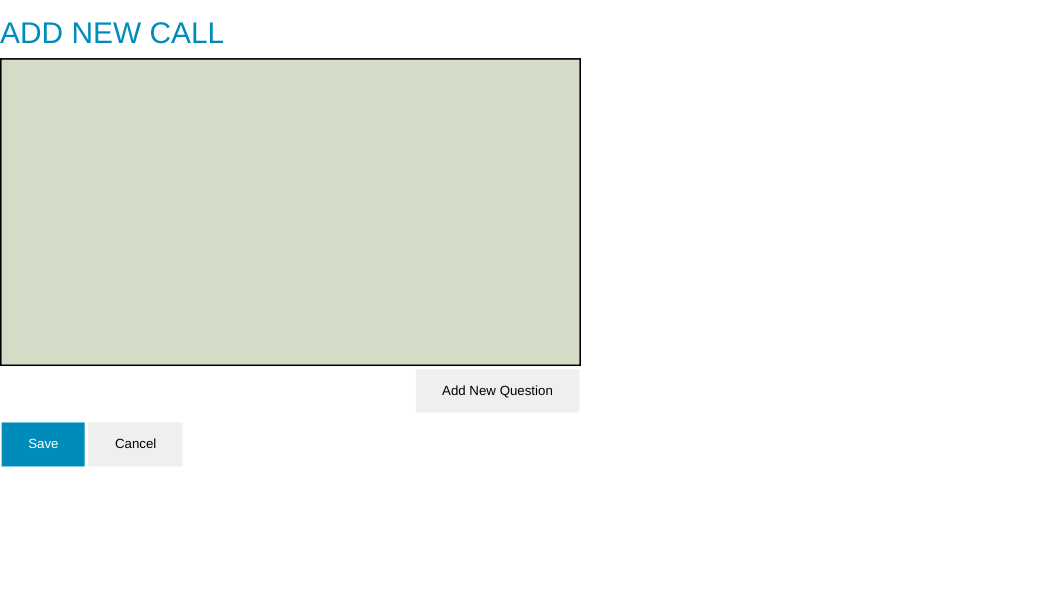
Repository: useforprashant/assignment
Page: http://localhost/springProject/home
The author's editor kept a copy of each file at every save. The page is drawn from the files as they stood at one save, then again after the next save.
The browser window is 1280 px wide. The pictures show the whole page, at 83% of full size.
Some web libraries are served in a nearby version. The page is served by Tomcat 9. Other server files are loaded and not shown.

Above is the page before, as saved 2017-08-17 07:36:52.

### AugustDemo/springProject/src/main/webapp/WEB-INF/pages/home.jsp
<%@ page language="java" contentType="text/html; charset=ISO-8859-1"
    pageEncoding="ISO-8859-1"%>
<!DOCTYPE html PUBLIC "-//W3C//DTD HTML 4.01 Transitional//EN" "http://www.w3.org/TR/html4/loose.dtd">
<html>
<head>
<meta http-equiv="Content-Type" content="text/html; charset=ISO-8859-1">
<title>Assignment</title>

<script src="http://code.jquery.com/jquery-1.11.0.min.js"></script>
 <link rel="stylesheet" href="https://maxcdn.bootstrapcdn.com/bootstrap/3.3.7/css/bootstrap.min.css">
  <script src="https://ajax.googleapis.com/ajax/libs/jquery/3.2.1/jquery.min.js"></script>
  <script src="https://maxcdn.bootstrapcdn.com/bootstrap/3.3.7/js/bootstrap.min.js"></script>
<script>

var count =1;

$(document).ready(function() {

	$('#showTree').hide();
	$('#treeView').hide();

	  $('.button_add_new_ques').click(function() {
		  $('#inner-rightTree').empty();
		  $('#treeView').empty();
		  $('#treeView').hide();
		  idd=count;
	    $('#inner-right').append($('<div class="inner_d" id="inner_div_'+count+'"></div>')).append(('<input type="text" style="padding-top: 10px;	border-radius: 10px; margin-bottom: 5px;" size="50" value="" class"assn" name="q_'+idd+'" id="q_'+idd+'">'),$('<select onchange="cq(this.value,this.id)" type="select"  id="dd_'+idd+'">').append('<option value="">'+'Select Choice</option>', '<option value="1">'+'Single Choice</option>','<option value="2">'+'Multiple Choice</option>' ,'<option value="3">'+'Multi-Line Text</option>'));
	    count++;
	    return false;
	  });

	  $(document).on('click', '.person', function() {
	    $(this).children('p').toggle('slow');
	  });

	   $('#save').click(function(){
		   var datastring = $("#myFm").serialize();
		/*    var idNdVal = datastring.split("&");
		  var sl = idNdVal.length;
		  jsonObj = [];
		  for(i=0;i<sl;i++){
			  var idvl= idNdVal[i].split("=");

			  var id = idvl[0];
		        var val1 = idvl[1];
			      item = {}
		        item ["id"] = id;
		        item ["value"] = val1;

		        jsonObj.push(item);

		  } */
	     $.ajax({
               type: "POST",
               url: "saveValue",
               data: {
            	   datastring : datastring
               },

               success: function(data) {
                    alert(data);
                    if(data == "data inserted successfully"){
               	     $('#inner-right').empty();
               	  $('#showTree').show();
               		  }
               }
           });

	  });

	  $('#showTree').click(function(){
		  $('#treeView').show();
		  $('#inner-rightTree').empty();
		  $('#treeView').show();
		  $.ajax({
              type: "GET",
              url: "getValues",

              success: function(data) {
            	var totalObject = data.split('N');
            	var lngth = parseInt(totalObject.length)-1;
            	countout=0;
            	countin = 0;
                  for(i=0; i<lngth;i++){
                	  var obj = totalObject[i];
                	  var values = obj.split('and');
                	  var idSplit = values[0].split('_');
                	  var clsID = values[0].split(':');
                	  var ids = values[0].split(':');

                	  if(idSplit.length == 2){
                		  countout++;
                		 var val1 = values[1].split(':');
                		  $('#inner-rightTree').append('<ul id="ul_'+countout+'"> <button type="button" id="cul_'+countout+'" class="minus btn btn-info" data-toggle="collapse" data-target=".ul_'+countout+'">-</button><button type="button" id="eul_'+countout+'" class="btn btn-info plus" data-toggle="collapse" data-target=".ul_'+countout+'">+</button><span class="tab">'+val1[1]+'</span></ul>');
                	  }
                	  else{
                		  var type = values[2].split(':');
                		  var x = type[1];
                		  var cls = "u_"+idSplit[1];
                		  if(x == 1){
                			 ct = countout;
                			 countout++;
                			  var val1 = values[1].split(':');
                			$("#ul_"+ct).append('<ul class="ul_'+ct+'" id="ul_'+countout+'"><button type="button" id="cul_'+countout+'" class="btn btn-info minus" data-toggle="collapse" data-target=".ul_'+countout+'">-</button><button type="button" id="eul_'+countout+'" class="btn btn-info plus" data-toggle="collapse" data-target=".ul_'+countout+'">+</button> <span class="tab">'+val1[1]+'</span></ul>');

                		  }
                		  else{
                		  var val1 = values[1].split(':');
                		  $("#ul_"+countout).append('<li class="ul_'+countout+'"><span class="tab">'+val1[1]+'</span></li>');

                		  }
                		  }
                	  $('.plus').hide();
                	  $('.plus').each(function(){
                		  var bId = $(this).attr('id');
                		  $('#'+bId).click();
                	  });


                	  $('.btn').click(function(){
             			var bId = $(this).attr('id');
                		var typ = bId.charAt(0);
                		if(typ == 'c'){
                			$('#'+bId).hide();
                			var newId = bId.replace('c','e');
                			$('#'+newId).show();
                		}

                		if(typ == 'e'){
                			$('#'+bId).hide();
                			var newId = bId.replace('e','c');
                			$('#'+newId).show();
                		}
             		  });
                  }

              }
          });

	  });

	   /*  $("form").submit(function() {
	    	alert('save');
		   var urlVal = document.forms["myFm"].submit();
			alert(urlVal);
		  return false;
	    });
 */

 $('#cancel').click(function(){
	 if (confirm("Are you sure for cancel this survey without save?"))
		{
		 $('#inner-right').empty();
		}

 });

});

function sq(val,id){
	var idd1 = id.split('_');
	var idd2 = idd1[1];
	var idd = id.substring(3);
	/*  $('#inner_div_'+idd2+'').append($('<div class="inner_d" id="inner_div_'+count+'"></div>')).append(('<input type="text" style="padding-top: 10px;	border-radius: 10px; margin-bottom: 5px;" size="50" value="" name="q_'+idd+'" id="q_'+idd+'">'),$('<select onchange="cq(this.value,this.id)" type="select"  id="dd_'+idd+'">').append( '<option value="1">'+'Single Choice</option>','<option value="2">'+'Multiple Choice</option>' ,'<option value="3">'+'Multi-Line Text</option>')); */
	 $('#'+id).after(('<input type="text" style="padding-top: 10px;	border-radius: 10px; margin-bottom: 5px; margin-left: 5px;" size="50" value="" class"assn" name="q_'+idd+'" id="q_'+idd+'_1">'),$('<select onchange="cq(this.value,this.id)" type="select"  id="dd_'+idd+'">').append( '<option value="">'+'Select Choice</option>','<option value="1">'+'Single Choice</option>','<option value="2">'+'Multiple Choice</option>' ,'<option value="3">'+'Multi-Line Text</option>'));

	    return false;

}

function cq(val,id){

	var idd = id.substring(3);

	if(val==1){
		$('#'+id).after(('<input type="text" style="padding-top: 10px;	border-radius: 10px; margin-bottom: 5px; margin-left: 5px;" size="50" value="" class="assn" name="a_'+idd+'_1" id="a_'+idd+'_1">'),$('<button onclick="sq(this.value,this.id)" type="button" class="button_add_sub_ques"  id="sq_'+idd+'_1">Add Sub Question</button>'));
}
	if(val==2){
		$('#'+id).after('<input type="text" style="padding-top: 10px;	border-radius: 10px; margin-bottom: 5px; margin-left: 5px;" size="50" value="" class="assn" name="a_'+idd+'_5" id="a_'+idd+'_5">');
		$('#'+id).after('<input type="text" style="padding-top: 10px;	border-radius: 10px; margin-bottom: 5px; margin-left: 5px;" size="50" value="" class="assn" name="a_'+idd+'_4" id="a_'+idd+'_4">');
		$('#'+id).after('<input type="text" style="padding-top: 10px;	border-radius: 10px; margin-bottom: 5px; margin-left: 5px;" size="50" value="" class="assn" name="a_'+idd+'_3" id="a_'+idd+'_3">');
		$('#'+id).after('<input type="text" style="padding-top: 10px;	border-radius: 10px; margin-bottom: 5px; margin-left: 5px;" size="50" value="" class="assn" name="a_'+idd+'_2" id="a_'+idd+'_2">');
		$('#'+id).after('<input type="text" style="padding-top: 10px;	border-radius: 10px; margin-bottom: 5px; margin-left: 5px;" size="50" value="" class="assn" name="a_'+idd+'_1" id="a_'+idd+'_1">');
	}
	if(val==3){
		$('#'+id).after(('<textarea style="padding-top: 10px;	border-radius: 10px; margin-bottom: 5px; margin-left: 5px; width: 438px;" value="" class="assn" name="a_'+idd+'_1" id="a_'+idd+'_1">'));
	}

}
function createJSON() {
	  jsonObj = [];
    $("input[class=assn]").each(function() {
    	alert("Json");

        var id = $(this).attr("title");
        var assn = $(this).val();

        item = {}
        item ["title"] = id;
        item ["value"] = assn;

        jsonObj.push(item);

    });

    console.log(jsonObj);
}


</script>
<style>

li {
  padding-left: 2em;
  list-style-type:none;
}
h1 {
    orphans: 3;
    widows: 3;
  color: #008CBA;
  }

  html, body {
    height: 90%;
}

.inner_d{
 margin-left: 20px;
}

#wrapper {
    height: 100%;
    display: table;
    width: 700px;
}
#header, #footer {
    display: table-row;
    height: 20px;
}
#body {
    height: 70%;
    display: table-row;
    background: rgba(211, 220, 198, 1);
}
#left-col, #right-col {
    display: inline-block;
    width: 100%;
    height: 100%;
    max-height: 100%;
    margin-right: 20px;
    border: 2px black solid;
    vertical-align: top;
    overflow: hidden;
}
#inner-right {
    height: 500%;
    max-height: 500px;
    overflow-y: scroll;
    background: rgba(211, 220, 198, 1);
}

.button_save {
    background-color: #008CBA;
    border: none;
    color: white;
    padding: 15px 32px;
    text-align: center;
    text-decoration: none;
    display: inline-block;
    font-size: 16px;
    margin: 4px 2px;
    cursor: pointer;
}

.button_cancel {
   /*  background-color: #008CBA; */
    border: none;
    color: black;
    padding: 15px 32px;
    text-align: center;
    text-decoration: none;
    display: inline-block;
    font-size: 16px;
    margin: 4px 2px;
    cursor: pointer;
}

.button_add_new_ques {
   /*  background-color: #008CBA; */
    border: none;
    color: black;
    padding: 15px 32px;
    text-align: center;
    text-decoration: none;
    display: inline-block;
    font-size: 16px;
    margin: 4px 2px;
    cursor: pointer;
}

.button_add_sub_ques {
    background: rgba(211, 220, 198, 1);
    border: none;
    color: black;
    padding: 15px 32px;
    text-align: center;
    text-decoration: none;
    display: inline-block;
    font-size: 16px;
    margin: 4px 2px;
    cursor: pointer;
}

#wrapperTree {
    height: 100%;
    display: table;
    width: 700px;
}
#headerTree, #footerTree {
    display: table-row;
    height: 20px;
}
#bodyTree {
    height: 70%;
    display: table-row;
    background: rgba(211, 220, 198, 1);
}
#left-colTree, #right-colTree {
    display: inline-block;
    width: 100%;
    height: 100%;
    max-height: 100%;
    margin-right: 20px;
    border: 2px black solid;
    vertical-align: top;
    overflow: hidden;
}
#inner-rightTree {
    height: 100%;
    max-height: 700px;
    overflow-y: scroll;
    background: rgba(211, 220, 198, 1);
}

.button_ok {
    background-color: #008CBA;
    border: none;
    color: white;
    padding: 15px 32px;
    text-align: center;
    text-decoration: none;
    display: inline-block;
    font-size: 16px;
    margin: 4px 2px;
    cursor: pointer;
}
</style>
</head>
<body>
<form style="height: 500px;" id="myFm" name="myForm"  action="">
<h1>ADD NEW CALL</h1>

<div id="wrapper">

    <div id="body">

        <div id="right-col">

            <div id="inner-right">


              </div>
        </div>
    </div>
    <div id="footer">
<button type="button" style="float: right;"  class="button_add_new_ques">Add New Question</button>
</div>
    <div id="footer">


<button type="button" id="save" class="button_save">Save</button>
<!-- <input type="submit" class="button_save" value="save"  /> -->
<button type="button" id="cancel" class="button_cancel">Cancel</button>

<button type="button" id="showTree" class="show_tree">Show Structure</button>
</div>
</div>

</form>

<br><br><br>
<div id="treeView">
<form style="height: 700px;" id="myFm1" name="myForm1"  action="">
<h1>Tree View</h1>

<div id="wrapperTree">

    <div id="bodyTree">

        <div id="right-colTree">

            <div id="inner-rightTree">


              </div>
        </div>
    </div>
    <div id="footerTree">
<button type="button" style="float: right;"  class="button_ok">OK</button>
</div>

</div>

</form>
</div>
</body>
</html>

After the next save:
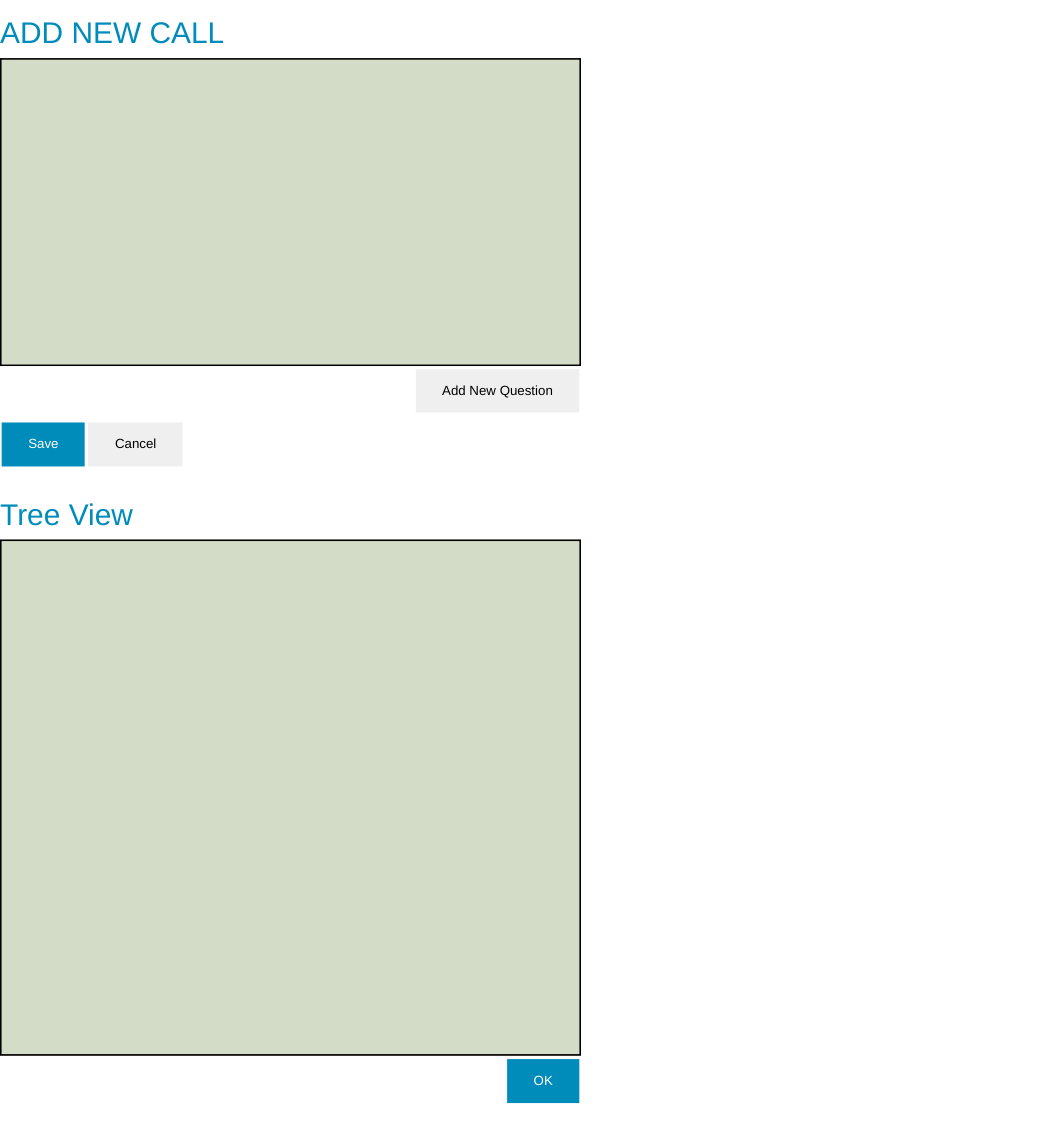
Saved 67 s later.
--- a/AugustDemo/springProject/src/main/webapp/WEB-INF/pages/home.jsp
+++ b/AugustDemo/springProject/src/main/webapp/WEB-INF/pages/home.jsp
@@ -17,7 +17,7 @@ var count =1;
 $(document).ready(function() {
 
 	$('#showTree').hide();
-	$('#treeView').hide();
+
 
 	  $('.button_add_new_ques').click(function() {
 		  $('#inner-rightTree').empty();
